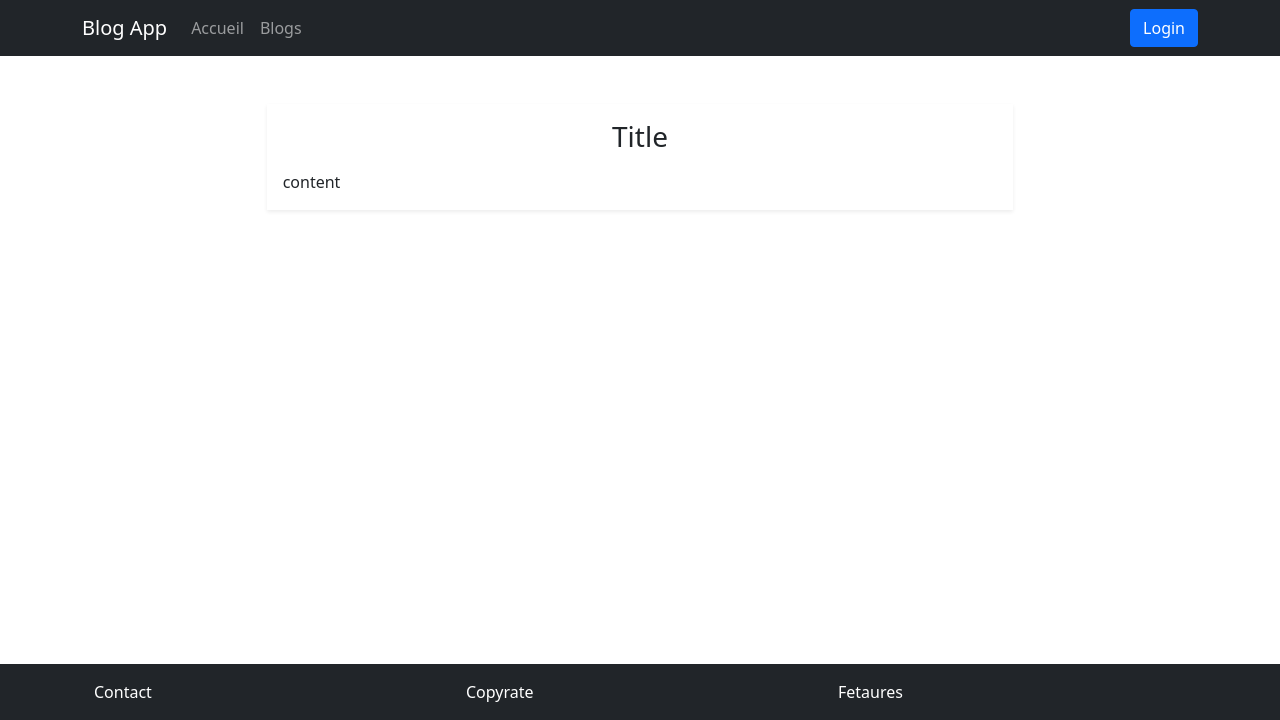
Repository: FS-23/laravel-blog-app
Page: http://localhost/blog/detail
The author's editor kept a copy of each file at every save. The page is drawn from the files as they stood at one save, then again after the next save.
The browser window is 1280 px wide. The pictures show the whole page.
The page is served by the project's Laravel application, run on PHP 8.4 with Laravel 9.

Above is the page before, as saved 2022-06-07 13:40:45.

After the next save:
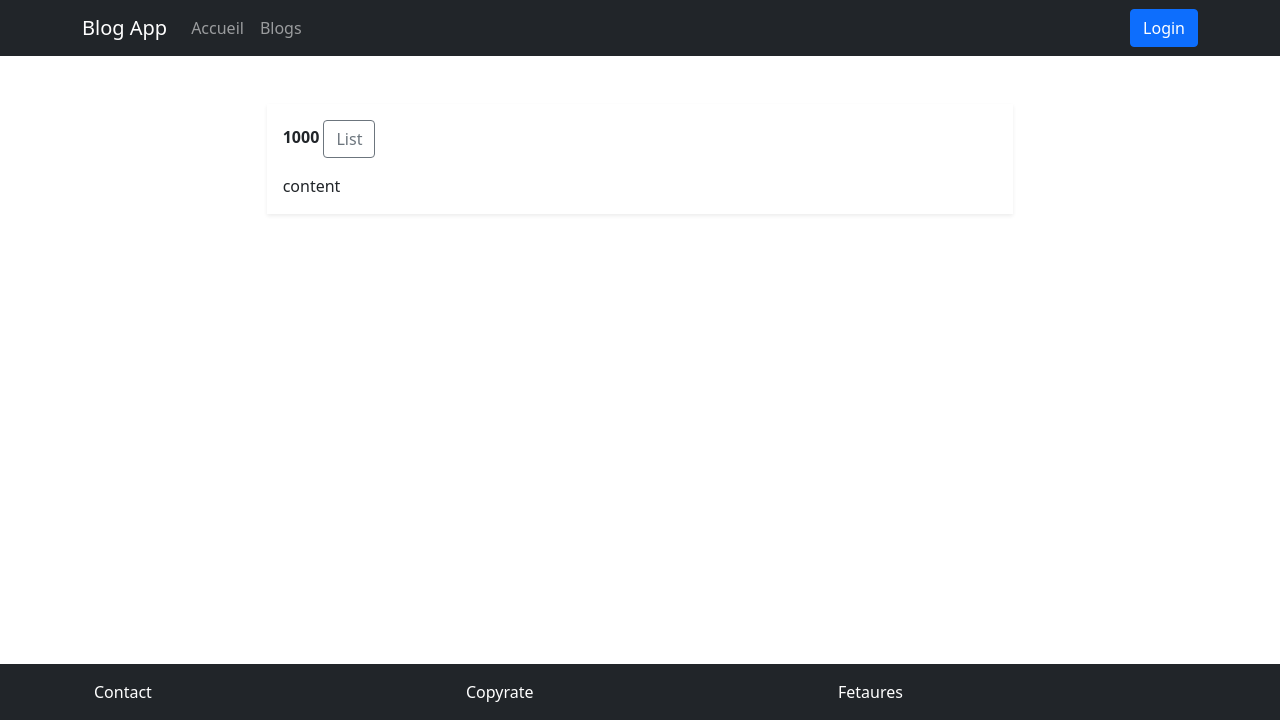
Saved 86 s later.
--- a/BlogApp/resources/views/blog/detail.blade.php
+++ b/BlogApp/resources/views/blog/detail.blade.php
@@ -2,7 +2,10 @@
 @extends('layout.layout')
 @section('content')
     <div class="col-7 mt-5 m-auto shadow-sm p-3">
-           <h3 class="text-center">Title</h3>
+           <div>
+               <strong>1000</strong>
+               <button class="btn btn-outline-secondary">List</button>
+           </div>
            <div class="mt-3">
                content
            </div>
